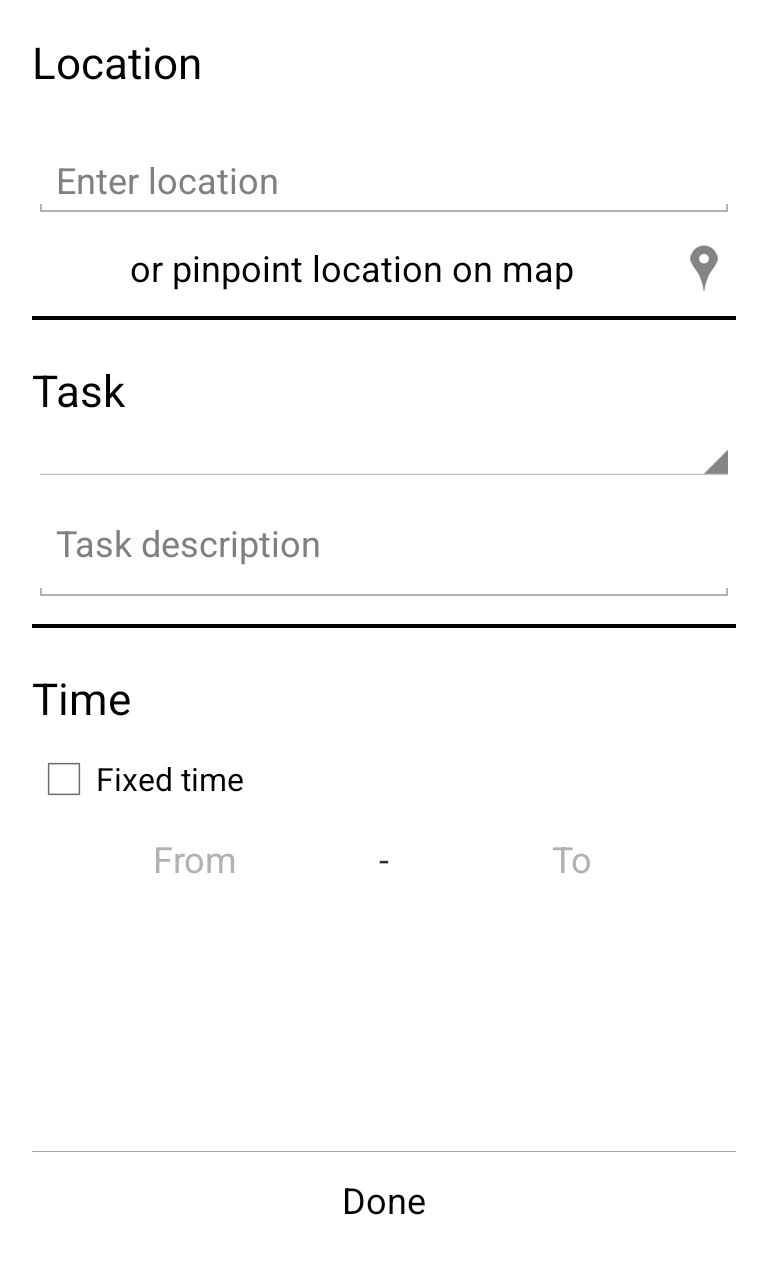
Repository: larserikstrand/IMT4904-Master
Layout: MTP/res/layout/activity_new_task.xml
These files come from the project's save history. The layout is drawn as it stood at one moment and after the next save; the edit follows.
It is drawn on a 768 x 1280 px phone screen (xhdpi) without system bars, with theme android:Theme.Holo.Light; the app's code is not run.

Above is the layout before, as saved 2014-02-10 20:55:07.

### MTP/res/layout/activity_new_task.xml
<LinearLayout xmlns:android="http://schemas.android.com/apk/res/android"
    xmlns:tools="http://schemas.android.com/tools"
    android:layout_width="match_parent"
    android:layout_height="match_parent"
    android:paddingBottom="@dimen/activity_vertical_margin"
    android:paddingLeft="@dimen/activity_horizontal_margin"
    android:paddingRight="@dimen/activity_horizontal_margin"
    android:paddingTop="@dimen/activity_vertical_margin"
    android:orientation="vertical"
    tools:context=".NewTaskActivity" >

    <ScrollView android:layout_width="match_parent"
        android:layout_height="0dp"
        android:layout_weight="1" >

    	<LinearLayout android:layout_width="match_parent"
        	android:layout_height="wrap_content"
        	android:orientation="vertical" >

        	<TextView
        		android:layout_width="wrap_content"
        		android:layout_height="wrap_content"
        		android:layout_marginBottom="15dp"
        		android:text="@string/location"
        		android:textAppearance="?android:attr/textAppearanceLarge" />

    		<EditText android:id="@+id/location_edit"
        		android:layout_width="match_parent"
        		android:layout_height="wrap_content"
        		android:layout_marginTop="10dp"
        		android:hint="@string/location_hint" />

    		<Button android:id="@+id/location_button"
        		android:layout_width="match_parent"
        		android:layout_height="wrap_content"
        		android:background="?android:attr/selectableItemBackground"
        		android:text="@string/pinpoint"
        		android:drawableRight="@drawable/ic_location_place" />

    		<View android:layout_width="match_parent"
        		android:layout_height="2dp"
        		android:background="@android:color/black" />

    		<TextView
        		android:layout_width="wrap_content"
        		android:layout_height="wrap_content"
        		android:layout_marginTop="20dp"
        		android:text="@string/task"
        		android:textAppearance="?android:attr/textAppearanceLarge" />

    		<Spinner android:id="@+id/category_spinner"
        		android:layout_width="match_parent"
        		android:layout_height="wrap_content" />

    		<EditText android:id="@+id/description_edit"
        		android:layout_width="match_parent"
        		android:layout_height="wrap_content"
        		android:layout_marginBottom="10dp"
        		android:lines="2"
        		android:hint="@string/task_description_hint" />

    		<View android:layout_width="match_parent"
        		android:layout_height="2dp"
        		android:background="@android:color/black" />

    		<TextView
        		android:layout_width="wrap_content"
        		android:layout_height="wrap_content"
        		android:layout_marginTop="20dp"
        		android:text="@string/time"
        		android:textAppearance="?android:attr/textAppearanceLarge" />

    		<CheckBox android:id="@+id/fixed_time_check"
        		android:layout_width="match_parent"
        		android:layout_height="wrap_content"
        		android:layout_marginTop="10dp"
        		android:text="@string/fixed_time" />

    		<LinearLayout android:id="@+id/time_layout"
        		android:layout_width="match_parent"
        		android:layout_height="wrap_content"
        		android:orientation="horizontal" >

        		<Button android:id="@+id/from_button"
            		android:layout_width="0dp"
            		android:layout_height="wrap_content"
            		android:layout_weight="1"
            		android:layout_marginRight="10dp"
            		android:background="?android:attr/selectableItemBackground"
            		android:text="@string/from"
            		android:enabled="false" />

        		<TextView android:layout_width="wrap_content"
            		android:layout_height="wrap_content"
            		android:text="@string/divider"
            		android:textSize="18sp" />

        		<Button android:id="@+id/to_button"
            		android:layout_width="0dp"
            		android:layout_height="wrap_content"
            		android:layout_weight="1"
            		android:layout_marginLeft="10dp"
            		android:background="?android:attr/selectableItemBackground"
            		android:text="@string/to"
            		android:enabled="false" />

    		</LinearLayout>

    	</LinearLayout>

    </ScrollView>

    <View android:layout_width="match_parent"
        android:layout_height="0.2dp"
        android:background="@android:color/darker_gray" />

    <Button android:id="@+id/done_button"
        android:layout_width="match_parent"
        android:layout_height="wrap_content"
        android:background="?android:attr/selectableItemBackground"
        android:text="@string/done" />

</LinearLayout>

### MTP/res/values/strings.xml
<?xml version="1.0" encoding="utf-8"?>
<resources>

    <!-- Titles -->
    <string name="app_name">MTP</string>
    <string name="title_activity_list">ListActivity</string>
    <string name="title_activity_new_task">New Task</string>
    <string name="title_activity_map">Map</string>

    <!-- Menu -->
    <string name="action_settings">Settings</string>
    <string name="action_about">About</string>

    <!-- General -->
    <string name="today">Today</string>
    <string name="week">Week</string>
    <string name="all_tasks">All Tasks</string>
    <string name="task">Task</string>
    <string name="new_task_list">New task list</string>
    <string name="new_task">New task</string>
    <string name="edit_list">Edit list</string>
    <string name="edit">Edit</string>
    <string name="delete">Delete</string>
    <string name="set_date">Set date</string>
    <string name="save">Save</string>
    <string name="done">Done</string>
    <string name="location">Location</string>
    <string name="location_hint">Enter location</string>
    <string name="pinpoint">or pinpoint location on map</string>
    <string name="task_description_hint">Task description</string>
    <string name="time">Time</string>
    <string name="fixed_time">Fixed time</string>
    <string name="from">From</string>
    <string name="to">To</string>
    <string name="divider">-</string>

    <!-- Messages/Alerts -->


    <!-- Arrays -->
    <string-array name="undergraduate_tasks_array">
        <item>Attend lecture</item>
        <item>Write report</item>
        <item>Do course exercises</item>
        <item>Meeting</item>
        <item>Group work</item>
    </string-array>

    <string-array name="postgraduate_tasks_array">
        <item>Write thesis</item>
        <item>Meeting</item>
    </string-array>

</resources>

Loaded but not shown: MTP/res/values/dimens.xml (common file)

After the next save:
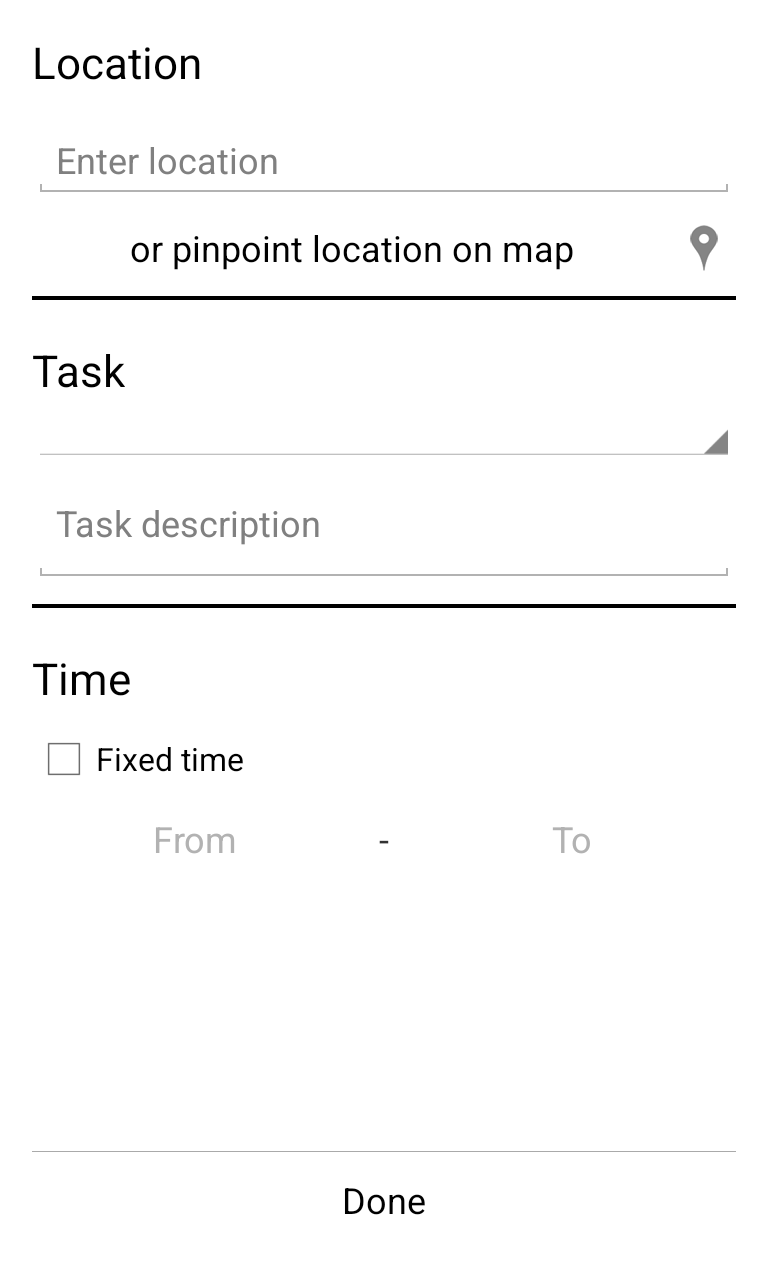
Saved 4 s later.
--- a/MTP/res/layout/activity_new_task.xml
+++ b/MTP/res/layout/activity_new_task.xml
@@ -27,7 +27,6 @@
     		<EditText android:id="@+id/location_edit"
         		android:layout_width="match_parent"
         		android:layout_height="wrap_content"
-        		android:layout_marginTop="10dp"
         		android:hint="@string/location_hint" />
 
     		<Button android:id="@+id/location_button"
